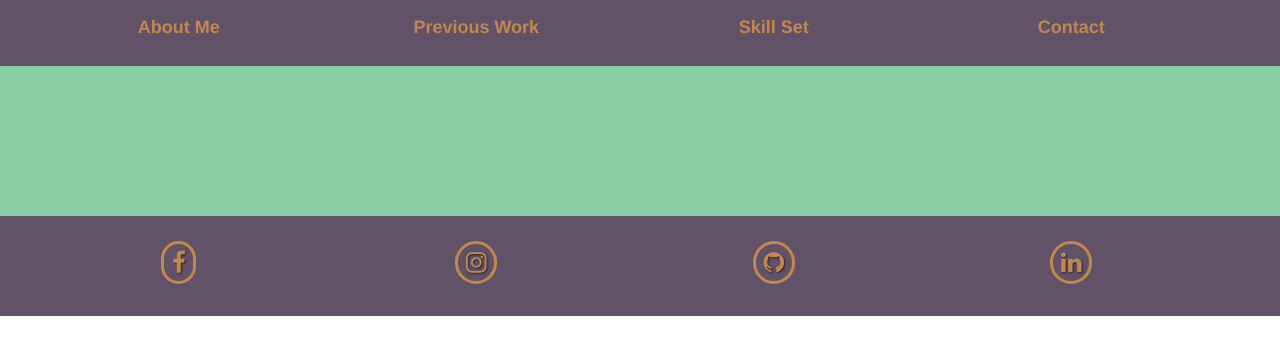
Repository: Rang3rDang3r/Portfolio
Page: main.html
The author's editor kept a record of every edit. The page is drawn from the files as they stood at one moment, then again after the next edit.
The browser window is 1280 px wide. The pictures show the whole page.

Above is the page before.

After the next edit:
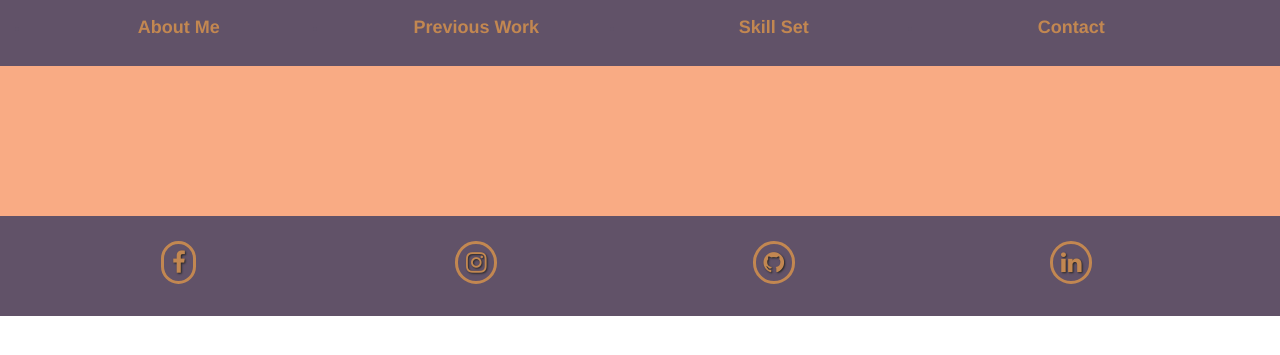
The edit:
--- a/main-style.css
+++ b/main-style.css
@@ -98,7 +98,7 @@
 }
 
 .eton-blue {
-    background-color: #8acea3;
+    background-color: #f9ab84;
     padding-top: 75px;
     padding-bottom: 75px;
     opacity: 1;
